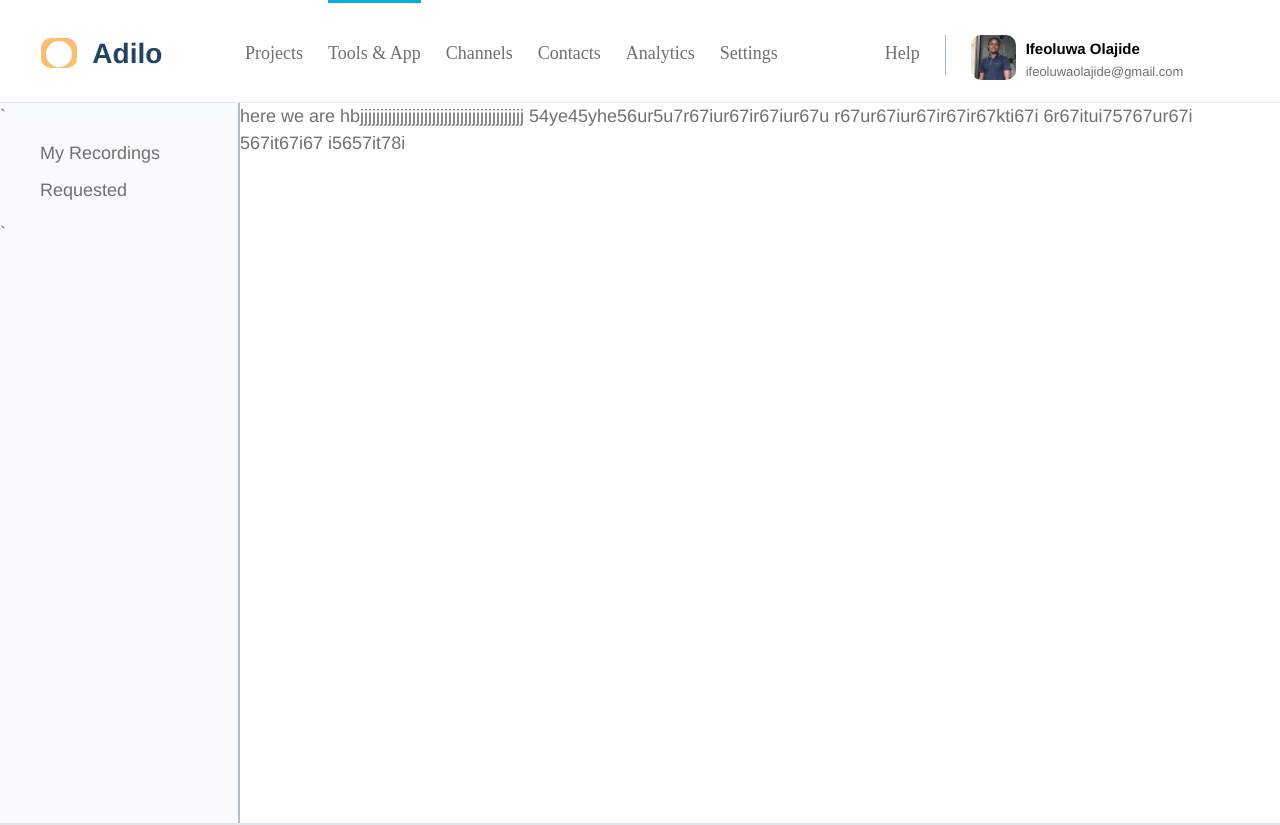
Repository: olhighjay/video_recorder
Page: /
An editor plug-in stored every save of this project. The page is shown before and after the next save, followed by the edit.
The browser window is 1280 px wide. The pictures show the whole page.
Some web libraries are served in a nearby version. The project was rebuilt for these pictures with package versions that can differ from the ones it lists, and the page was loaded fresh each time. Also part of the build but not shown: vue.config.js.

Above is the page before, as saved 2022-07-28 19:47:59.

### public/index.html
<!DOCTYPE html>
<html lang="">
  <head>
    <meta charset="utf-8">
    <meta http-equiv="X-UA-Compatible" content="IE=edge">
    <meta name="viewport" content="width=device-width,initial-scale=1.0">
    <link rel="icon" href="<%= BASE_URL %>favicon.ico">
    <title><%= htmlWebpackPlugin.options.title %></title>
    <link rel="stylesheet" href="https://cdn.jsdelivr.net/npm/bootstrap@4.0.0/dist/css/bootstrap.min.css" integrity="sha384-Gn5384xqQ1aoWXA+058RXPxPg6fy4IWvTNh0E263XmFcJlSAwiGgFAW/dAiS6JXm" crossorigin="anonymous">
  </head>
  <body>
    <noscript>
      <strong>We're sorry but <%= htmlWebpackPlugin.options.title %> doesn't work properly without JavaScript enabled. Please enable it to continue.</strong>
    </noscript>
    <div id="app"></div>
    <!-- built files will be auto injected -->


    <script src="https://code.jquery.com/jquery-3.2.1.slim.min.js" integrity="sha384-KJ3o2DKtIkvYIK3UENzmM7KCkRr/rE9/Qpg6aAZGJwFDMVNA/GpGFF93hXpG5KkN" crossorigin="anonymous"></script>
<script src="https://cdn.jsdelivr.net/npm/popper.js@1.12.9/dist/umd/popper.min.js" integrity="sha384-ApNbgh9B+Y1QKtv3Rn7W3mgPxhU9K/ScQsAP7hUibX39j7fakFPskvXusvfa0b4Q" crossorigin="anonymous"></script>
<script src="https://cdn.jsdelivr.net/npm/bootstrap@4.0.0/dist/js/bootstrap.min.js" integrity="sha384-JZR6Spejh4U02d8jOt6vLEHfe/JQGiRRSQQxSfFWpi1MquVdAyjUar5+76PVCmYl" crossorigin="anonymous"></script>
  </body>
</html>

### src/App.vue
<template>
  <!-- <img alt="Vue logo" src="./assets/logo.png"> -->
  <div>
    <navbar></navbar>
    <div id="main-flex">
      <div class="my-sidebar">
`        <ul class="my-sidebar-items">
            <li>My Recordings</li>
            <li>Requested</li>
          </ul>
`      </div>
      <div class="my-main">
        here we are hbjjjjjjjjjjjjjjjjjjjjjjjjjjjjjjjjjjjjjjjjj
        54ye45yhe56ur5u7r67iur67ir67iur67u
        r67ur67iur67ir67ir67kti67i 6r67itui75767ur67i
        567it67i67 i5657it78i
      </div>
    </div>
  </div>
</template>

<script>
// import HelloWorld from './components/HelloWorld.vue'
import Navbar from './layouts/Navbar.vue'

export default {
  name: 'App',
  components: {
    Navbar
  }
}
</script>

<style>

#main-flex {
  display: flex;
}


.my-sidebar {
  flex: 0 0 240px;
  height: 100vh;
  background-color: #ebf2f656;
  border-right: 2px solid #21455e54;
  /* border-right: 2px solid #21455E; */
  /* width:250px; */
}
.my-sidebar-items {
  list-style: none;
}
.my-sidebar-items>li {
  margin-top : 10px;
}





.my-main {
  flex: 1;
  flex-wrap: wrap;
}



#app {
  font-family: Avenir, Helvetica, Arial, sans-serif;
  -webkit-font-smoothing: antialiased;
  -moz-osx-font-smoothing: grayscale;
   /* text-align: center; */
   font-size: 18px;
  color: #707070;
  border-bottom: solid 2px #E2E5ED;
  width: 100vw;
  /* margin-top: 60px;  */
}


</style>

### src/layouts/Navbar.vue
<template>
    <nav class="">
      <div class="nav-logo-area">
        <div class="nav-logo-area-inner">
          <div class="white-logo-wrap">
            <span class="white-logo-bkg">
            <img alt="Adilo logo" src="../assets/swarm.png">
            </span>
          </div>
          <div class="adilo">Adilo</div>
        </div>
      </div>
      <div class="nav-tab">
        <ul class="my-nav-list">
          <li><a>Projects</a></li>
          <li class="active-nav-item"> <a>Tools & App</a></li>
          <li><a>Channels</a></li>
          <li><a>Contacts</a></li>
          <li><a>Analytics</a></li>
          <li><a>Settings</a></li>
        </ul>
      </div>
      <div class="nav-profile">
        <ul class="my-nav-list">
          <li><a>Help</a></li>
        </ul>
        <div class="profile-info">
          <div class="profile-border"></div>
          <div >
            <img alt="Profile Image" src="../assets/profile.jpg" class="profile-img">
          </div>
          <div style="margin-left:10px">
            <span class="profile-name">Ifeoluwa Olajide </span>
            <p class="profile-email">ifeoluwaolajide@gmail.com</p>
          </div>
        </div>
      </div>
    </nav>
</template>
<script>
export default {
    name: 'NavbarComponent'
}
</script>
<style>
     nav {
    display: flex;
    /* height: 69px; */
    padding: 0 0.032%;
    border-bottom: solid 1px #E2E5ED;
  }

  .nav-logo-area {
    flex: 0 0 16%;
    padding-left: 3.2%;
    padding-top: 19px;
    padding-bottom: 27px;
  }
  .nav-logo-area-inner {
    display: flex;
  }
  .nav-tab {
    flex: 0 0 50%;
  }
  .nav-profile {
    flex: 0 0 34%;
    display: flex;
  }
  .my-nav-list {
    list-style: none;
    padding-top: 40px;
  }
  .my-nav-list>li {
    display: inline;
    margin-right: 25px;
    padding-top: 40px;
  }
  .my-nav-list>li>a {
    text-align: left;
    font: normal normal normal 18px/27px Poppins;
    letter-spacing: 0px;
    color: #707070;
    opacity: 1
  }
  .white-logo-wrap {
    padding-top:21px;
  }
  .white-logo-bkg {
    background-color:#FBBD71;
    padding:5px;
    border-radius:10px;
  }
  .adilo {
    font-size:28px;
    margin-left:15px;
    font-weight:bold;
    color:#21455E;
    padding-top:14px;
  }
  .profile-info {
    padding-top:35px;
    display:flex;
  }
  .active-nav-item {
    border-top: 6px solid #0DABD8;
  }
  .profile-border {
    border-left: 1px solid #A3BAC6;
    padding-left:25px;
    height:40px;
  }
  .profile-img {
    width:45px; height: 45px;
    border-radius:10px;
  }
  .profile-name {
    font-weight:bold;
    font-size:15px;
    color:black;
  }
  .profile-email {
    font-size:13px;
  }
</style>

Loaded but not shown: src/main.js (common file)

After the next save:
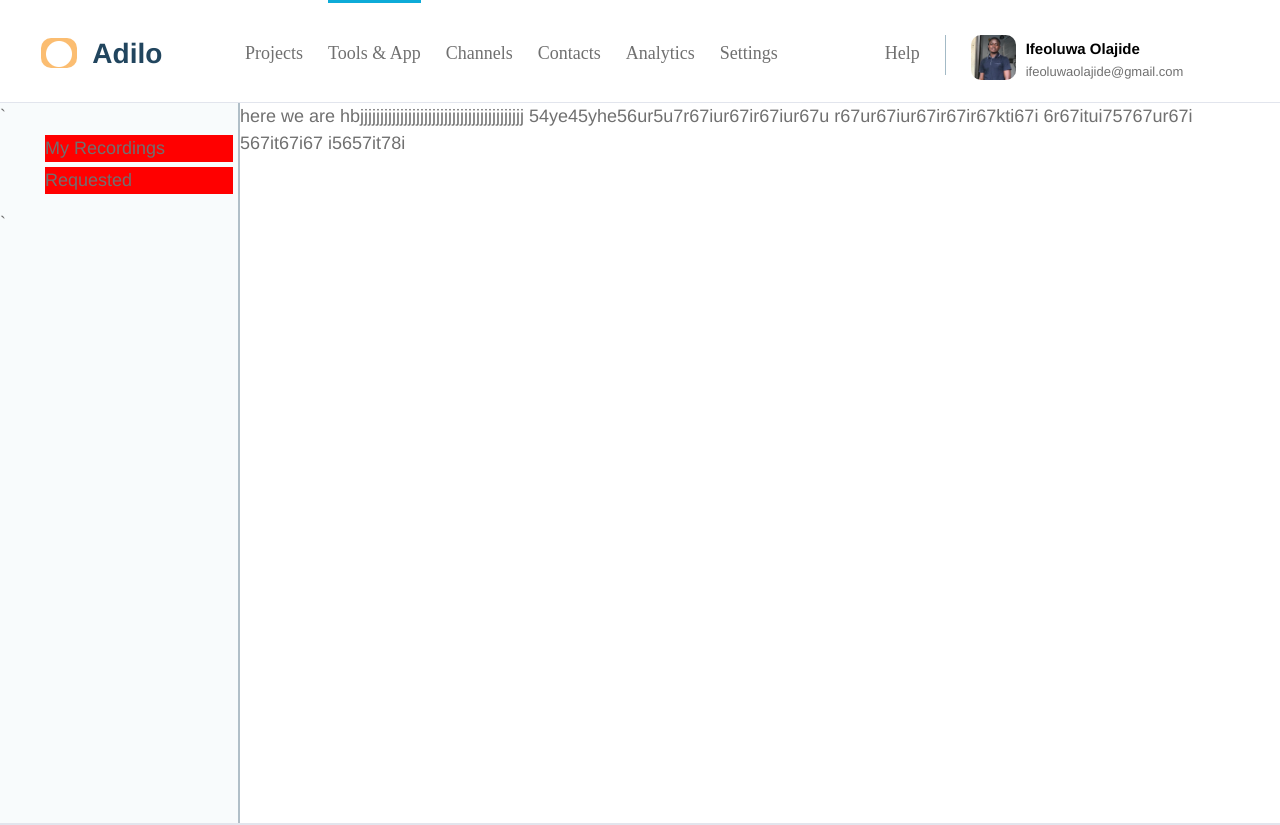
Saved 90 s later.
--- a/src/App.vue
+++ b/src/App.vue
@@ -50,7 +50,8 @@
   list-style: none;
 }
 .my-sidebar-items>li {
-  margin-top : 10px;
+  margin : 5px;
+  background-color: red;
 }
 
 
